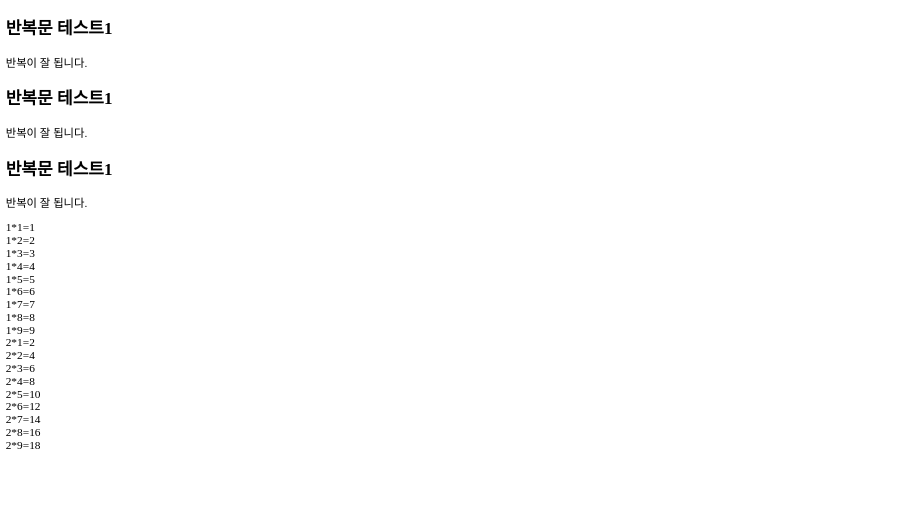
Repository: dev-leeJin/jsp-practice
Page: http://localhost/JSPBasic/jspTag/Scriptlet.jsp
An editor plug-in stored every save of this project. The page is shown before and after the next save, followed by the edit.
The browser window is 1280 px wide. The pictures show the whole page, at 71% of full size.
The page is served by Tomcat 9.

Above is the page before, as saved 2022-01-28 02:41:07.

### JSPBasic/src/main/webapp/jspTag/Scriptlet.jsp
<%@ page language="java" contentType="text/html; charset=UTF-8"
    pageEncoding="UTF-8"%>
<!DOCTYPE html>
<html>
<head>
<meta charset="UTF-8">
<title>Insert title here</title>
</head>
<body>
	<!-- 스크립트릿 내부에는 자바 코드를 작성할 수 있으며
	이 코드를 반영해 페이지가 구성됩니다. -->
	<% for(int i = 0; i < 3; i++) {%>
		<h2>반복문 테스트1</h2>
		<p>
			반복이 잘 됩니다.
		</p>
	<%} %>  <!-- 중간에 다른 구문이 들어간다면 띄어주는 부분은 따로 표현을 해줘야 작동한다. -->

	<!-- Q하단에 구구단 코드를 작성해주세요.
	System.out.println() 이 괄호 내 구문을 콘솔에 찍히게 해줬다면
	out.println()은 html화면에 괄호 내 구문을 콘솔에 찍히게 해줍니다.
	(javascript의 document.write()와 같은 역할-->
	<%
		for(int a = 1; a<3; a++){

			for(int b = 1; b<10; b++){
				out.println(a + "*" + b + "=" + (a*b) + "<br/>");
			}
		}
	%>
</body>
</html>

After the next save:
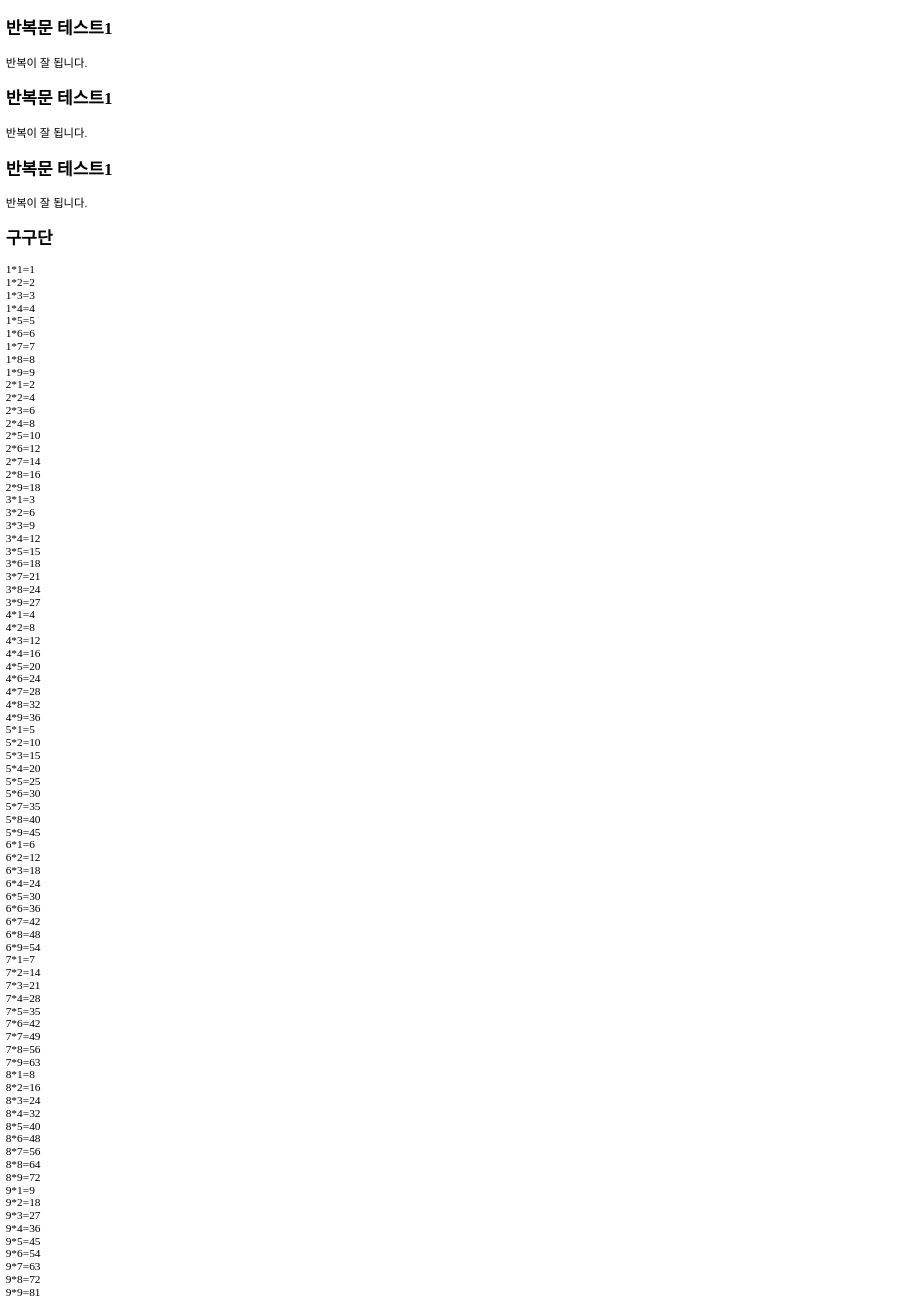
Saved 6 min 31 s later.
--- a/JSPBasic/src/main/webapp/jspTag/Scriptlet.jsp
+++ b/JSPBasic/src/main/webapp/jspTag/Scriptlet.jsp
@@ -20,8 +20,9 @@
 	System.out.println() 이 괄호 내 구문을 콘솔에 찍히게 해줬다면
 	out.println()은 html화면에 괄호 내 구문을 콘솔에 찍히게 해줍니다.
 	(javascript의 document.write()와 같은 역할-->
+	<h2>구구단 </h2>
 	<%
-		for(int a = 1; a<3; a++){
+		for(int a = 1; a<10; a++){
 
 			for(int b = 1; b<10; b++){
 				out.println(a + "*" + b + "=" + (a*b) + "<br/>");
